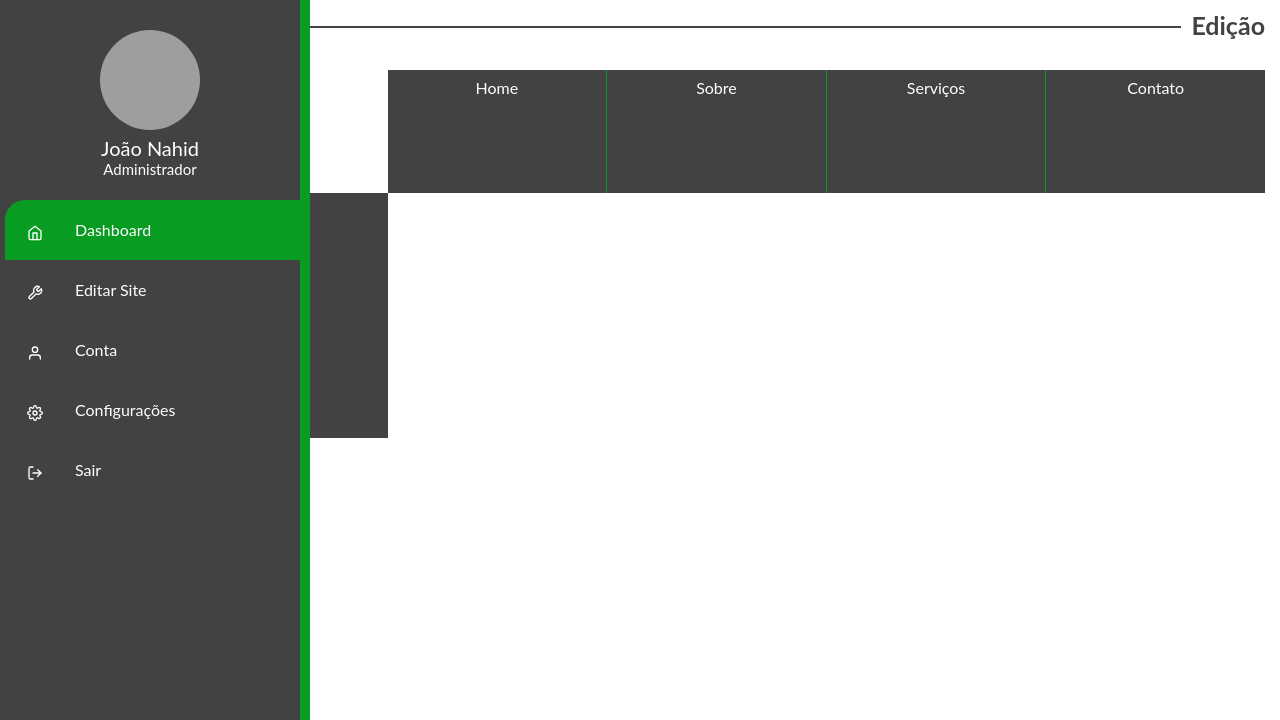
Repository: JoaoNahid/adminSystem
Page: /edicao (app in client/)
An editor plug-in stored every save of this project. The page is shown before and after the next save, followed by the edit.
The browser window is 1280 px wide. The pictures show the whole page.
Pictures or frames that could not be fetched are drawn as grey boxes. The page's requests for data from a server got no answer. The project was rebuilt for these pictures with package versions that can differ from the ones it lists, and the page was loaded fresh each time. No one was signed in, and anything a server would have sent is missing. Also part of the build but not shown: client/src/App.css, client/src/routes/login.js, client/src/routes/cadastro.js, client/src/routes/home.js, client/src/routes/404.js, client/src/routes/lote.js, client/src/routes/calculos.js.

Above is the page before, as saved 2022-05-10 19:57:14.

### client/src/App.js
import logo from './logo.svg';
import React, { useState, useEffect } from "react"
import './App.css';
import './css/style.css';
import './css/sidebar.css';


// Router
import { BrowserRouter as Router, Route, Routes } from 'react-router-dom';
// Telas
import Login from './routes/login.js'
import Cadastro from './routes/cadastro.js'
import Home from './routes/home.js'
import Error from './routes/404.js'
import Header from './routes/header.js'
import Lote from './routes/lote.js'
import Calculos from './routes/calculos.js'
import EdicaoPaginas from "./routes/edicaoPaginas"

export default function App() {

  return (
    <Router>
      <div>
        <Header />
        <Routes>
          <Route exact path="/login" element={<Login />} />
          <Route exact path="/cadastro" element={<Cadastro />} />
          <Route exact path="/" element={<Home />} />
          <Route exact path="/home" element={<Home />} />
          <Route exact path="/lote/:id" element={<Lote />} />
          <Route exact path="/calculos" element={<Calculos />} />
          <Route exact path="/edicao" element={<EdicaoPaginas />} />
          <Route path="*" element={<Error />} />
        </Routes>
      </div>
    </Router>
  )
}

### client/src/css/style.css
body{
  margin: 0;
  padding: 0;
  font-family: 'Lato', sans-serif;
}
*{
  margin: 0;
  padding: 0;
  font-family: 'Lato', sans-serif;
}
:root{
  --cor1: #099c22;
  --cor2: #424242;
}

@import url('https://fonts.googleapis.com/css2?family=Lato:ital,wght@0,100;0,300;0,400;0,700;0,900;1,100;1,300;1,400;1,700;1,900&display=swap');


.container{
  max-width: calc(100% - 80px);
  padding: 0 15px;
  margin: 0 auto 0 80px;
}
.nomePagina{
  padding: 8px 0;
  margin-bottom: 15px;
  background-color: #fff;
  display: flex;
  flex-direction: row;
  justify-content: space-between;
  align-items: center;
}

.tituloPagina{
  color: var(--cor2);
  font-size: 30px;
}
.mostrarEstatisticas{
  color: var(--cor2);
  font-size: 30px;
  cursor: pointer;
  transform: rotate(180deg);
}
.flexBox{
  display: flex;
}
.flexRow{
  flex-direction: row;
}
/* SIDEBAR */
.sidebar{
  position: fixed;
  top: 0;
  bottom: 0;
  height: auto;
  width: 70px;
  background-color: var(--cor2);
  box-shadow: 10px 0 0 var(--cor1);
  overflow: hidden;
  transition: 0.5s;
  z-index: 2;
}
.sidebar:hover{
  width: 300px;
}
.sidebar ul{
  position: absolute;
  top: 200px;
  left: 0;
  width: 100%;
  padding-left: 5px;
}
.sidebar ul li{
  position: relative;
  list-style: none;
  width: 100%;
  border-top-left-radius: 20px;
}
.sidebar ul li a{
  position: relative;
  display: flex;
  width: 100%;
  text-decoration: none;
  color: #fff;
}
.sidebar .iconeSidebar{
  position: relative;
  display: block;
  min-width: 60px;
  height: 60px;
  text-align: center;
  line-height: 70px;
}
.sidebar .iconeSidebar ion-icon{
  position: relative;
  font-size: 1.5rem;
  z-index: 1;
}
.sidebar .tituloSidebar{
  position: relative;
  display: block;
  padding-left: 10px;
  height: 60px;
  line-height: 60px;
  white-space: nowrap;
}
.sidebar .active{
  background: var(--cor1);
}
.perfilUsuario{
  position: relative;
  top: 30px;
  display: flex;
  flex-direction: column;
  justify-content: center;
  align-items: center;
}
.fotoUsuario{
  width: 50px;
  height: 50px;
  border-radius: 50%;
  background-size: cover !important;
  background-repeat: no-repeat !important;
  background-position: center !important;
  transition: 0.6s;
}
.sidebar:hover .fotoUsuario{
  width: 100px;
  height: 100px;
}
.sidebar:hover .nomeUsuario,
.sidebar:hover .funcaoUsuario{
  visibility: visible;
  opacity: 1;
  transition: visibility 0s, opacity 0s linear;
}
.nomeUsuario{
  color: #fff;
  font-size: 20px;
  margin-top: 6px;
  visibility: hidden;
  opacity: 0;
  transition: visibility 0s, opacity 0s linear;
}
.funcaoUsuario{
  color: #fff;
  font-size: 15px;
  visibility: hidden;
  opacity: 0;
  transition: visibility 0s, opacity 0s linear;
}
/* FIM SIDEBAR */

/* DASHBOARD */
.areaBlocosEstatisticas{
  display: grid;
  grid-template-columns: repeat(4, 1fr);
  justify-content: center;
  gap: 20px;
  flex-direction: row;
}
@media(max-width: 1064px){
  .areaBlocosEstatisticas{
    grid-template-columns: repeat(2, 1fr);
  }
}
@media(max-width: 651px){
  .areaBlocosEstatisticas{
    grid-template-columns: 1fr;
  }
}
.blocoEstatistica{
  width: auto;
  height: 150px;
  background: var(--cor2);
  color: #fff;
  border-bottom: 3px solid var(--cor1);
  border-top-left-radius: 20px;
  border-top-right-radius: 20px;
  display: flex;
  flex-direction: column;
  justify-content: space-between;
  align-items: center;
  padding: 8px 12px;
}
.tituloEstatistica{
  font-size: 25px;
  text-transform: capitalize;
}
.conteudoEstatistica{
  display: flex;
  flex-direction: row;
  align-items: center;
  justify-content: space-between;
  width: 100%;
  padding-bottom: 25px;
}
.iconeEstatistica{
  width: 85px;
  font-size: 50px;
  z-index: 0;
}
.dadosEstatistica{
  text-align: center;
  width: 100%;
  font-size: 60px;
  color: #fff;
}
.exibirMenu{
  margin-top: -1000px !important;
  transition: .3s;
}
.rotacionarBtn{
  transform: rotate(180deg);
  transition: .7s ease-in;
}
/* FIM DASHBOARD */

/* LOGIN */
#bgAreaLogin{
  background: rgb(9,156,34);
  background: linear-gradient(0deg, rgba(9,156,34,1) 0%, rgba(66,66,66,1) 100%);
  width: 100%;
  height: 100vh;
}
#areaLogin{
  position: absolute;
  top: 0;
  bottom: 0;
  right: 0;
  left: 0;
  margin: auto auto;
  width: 350px;
  height: 400px;
  box-shadow: rgba(0, 0, 0, 0.1) 0px 10px 15px -3px, rgba(0, 0, 0, 0.05) 0px 4px 6px -2px;
  background-color: #fff;
}
.formLogin{
  padding: 15px 45px ;
  display: flex;
  flex-direction: column;
  gap: 15px;
  align-items: center;
  justify-content: center;
  height: 100%;
}
#areaLogin input{
  /* border-top: 0 none;
  border-right: 0 none;
  border-left: 0 none;
  border-color: var(--cor1); */
  border: 0 none;
  background: #42424255;
  color: var(--cor2);
  border-radius: 20px;
  padding: 8px 12px;
  font-size: 15px;
  width: calc(100% - 24px);
}
#areaLogin input::placeholder{
  color: #fff;
}
#areaLogin input:focus{
  outline: none;
}
.btnLogar{
  width: 100% !important;
  background-color: var(--cor2) !important;
  transition: .3s;
  color: #fff !important;
}
.btnLogar:hover{
  background-color: var(--cor1) !important;
  color: #fff !important;
  cursor: pointer;
}
.esqueciASenha{
  font-size: 13px;
  color: var(--cor2);
  text-decoration: none;
}
.esqueciASenha:hover{
  color: inherit;
}

/* FIM LOGIN */


/* INPUTS */
input:focus{
  outline: 0;
}
.formEdicao input{
  border-top: 0 none;
  border-right: 0 none;
  border-left: 0 none;
  border-bottom: 2px solid var(--cor2);
  padding: 0 5px 2px;
  font-size: 15px;
  transition: 0.3s;
  width: 100%;
}
.formEdicao input:focus{
  border-color: var(--cor1);
}
/* FIM INPUTS */

#headerArea{
  height: 50px;
  width: 100%;
  color: #fff;
  text-align: right;
  padding: 10px 0;
}
#headerArea .tituloPagina{
  position: relative;
  height: 100%;
}
#headerArea h3{
  color: var(--cor2);
  background-color: #fff;
  position: absolute;
  width: min-content;
  right: 0;
  font-size: 25px;
  z-index: 10;
  padding-left: 10px;
}
#headerArea .tituloPagina::after{
  content: '';
  background-color: var(--cor2);
  height: 2px;
  width: 100%;
  position: absolute;
  left: 0;
  bottom: 32px;
  z-index: 1;
}

/* PAGINA DE ERRO */
#errorPage{
  width: 100%;
  text-align: center;
  padding-top: 50px;
}

.inputsConversao{
  border: 1px solid #aaa8a8;
  border-radius: 3px;
  width: 350px;
  padding: 8px 10px;
  margin-bottom: 10px;
}
.tituloInput{
  margin-bottom: 3px;
}
#gridLotes{
  display: grid;
  grid-template-columns: repeat(4, 1fr);
  gap: 8px;
}
.boxLote{
  padding: 5px;
  text-align: left;

  color: #fff;
}
.loteFechado{
  background-color: rgb(230, 91, 109);
}
.loteAberto{
  background-color: rgb(36, 133, 189);
}
.boxConversao{
  flex-direction: row;
  justify-content: space-between;
  gap: 10px;
}
.flexChild100{
  width: 100%;
  padding: 15px;
}

.areaEdicaoSite {
  display: grid;
  grid-template-columns: repeat(4, 1fr);
  grid-template-rows: 1fr 1fr 1fr;
  gap: 0px 0px;
  grid-auto-flow: row;
  grid-template-areas:
    ". menuPaginasEdicao menuPaginasEdicao menuPaginasEdicao"
    "menuItensEdicao formEdicao formEdicao formEdicao"
    "menuItensEdicao formEdicao formEdicao formEdicao";
}

.menuPaginasEdicao {
  grid-area: menuPaginasEdicao;
  background-color: var(--cor1);
  display: flex;
  flex-direction: row;
  gap: 1px;
  justify-content: center;
}
.menuPaginasEdicao div{
  width: 100%;
  background-color: var(--cor2);
  padding: 8px 0;
  text-align: center;
  color: #fff;
  cursor: pointer;
}
.menuPaginasEdicao div:hover{
  background-color: var(--cor1);
  color: var(--cor2);
}

.formEdicao {
  grid-area: formEdicao;
}

.menuItensEdicao {
  grid-area: menuItensEdicao;
  display: flex;
  flex-direction: column;
  background-color: var(--cor1);
}
.menuItensEdicao div{
  width: 100%;
  background-color: var(--cor2);
  padding: 8px 0;
  text-align: center;
  color: #fff;
  cursor: pointer;
}

### client/src/css/sidebar.css
/* SIDEBAR */
.sidebar{
  position: fixed;
  top: 0;
  bottom: 0;
  height: auto;
  width: 70px;
  background-color: var(--cor2);
  box-shadow: 10px 0 0 var(--cor1);
  overflow: hidden;
  transition: 0.5s;
  z-index: 2;
}
.sidebar:hover{
  width: 300px;
}
.sidebar ul{
  position: absolute;
  top: 200px;
  left: 0;
  width: 100%;
  padding-left: 5px;
}
.sidebar ul li{
  position: relative;
  list-style: none;
  width: 100%;
  border-top-left-radius: 20px;
}
.sidebar ul li a{
  position: relative;
  display: flex;
  width: 100%;
  text-decoration: none;
  color: #fff;
}
.sidebar .iconeSidebar{
  position: relative;
  display: block;
  min-width: 60px;
  height: 60px;
  text-align: center;
  line-height: 70px;
}
.sidebar .iconeSidebar ion-icon{
  position: relative;
  font-size: 1.5rem;
  z-index: 1;
}
.sidebar .tituloSidebar{
  position: relative;
  display: block;
  padding-left: 10px;
  height: 60px;
  line-height: 60px;
  white-space: nowrap;
}
.sidebar .active{
  background: var(--cor1);
}
.perfilUsuario{
  position: relative;
  top: 30px;
  display: flex;
  flex-direction: column;
  justify-content: center;
  align-items: center;
}
.fotoUsuario{
  width: 50px;
  height: 50px;
  border-radius: 50%;
  background-size: cover !important;
  background-repeat: no-repeat !important;
  background-position: center !important;
  transition: 0.6s;
}
.sidebar:hover .fotoUsuario{
  width: 100px;
  height: 100px;
}
.sidebar:hover .nomeUsuario,
.sidebar:hover .funcaoUsuario{
  visibility: visible;
  opacity: 1;
  transition: visibility 0s, opacity 0s linear;
}
.nomeUsuario{
  color: #fff;
  font-size: 20px;
  margin-top: 6px;
  visibility: hidden;
  opacity: 0;
  transition: visibility 0s, opacity 0s linear;
}
.funcaoUsuario{
  color: #fff;
  font-size: 15px;
  visibility: hidden;
  opacity: 0;
  transition: visibility 0s, opacity 0s linear;
}
/* FIM SIDEBAR */

### client/src/routes/header.js
import React, { useEffect, useState } from "react"

export default function Header() {

    const [pagina, setPagina] = useState()
    useEffect(() => {
        var link = window.location.href
        link = link.split('/')
        link = link[3]

        setTituloPagina(link)
    })

    function setTituloPagina(link){
        if (link === 'edicao') {
            setPagina('Edição')
        } else if(link === 'home'){
            setPagina('Home')
        } else if(link === 'contato'){
            setPagina('Contato')
        }
    }

    return(
        <div className="container">
            <div id="headerArea">
                <div className="tituloPagina">
                    <h3>{pagina}</h3>
                </div>
            </div>
        </div>
    )
}

### client/src/routes/edicaoPaginas.js
import React, { Component, useState, useEffect } from "react"
import Axios from "axios"
import Sidebar from '../components/sidebar.js'
import { VerificaLogin } from '../components/verificaLogin.js'
import MenuPaginas from '../components/menuPaginasEdicao'
import MenuItens from '../components/menuItensEdicao'

export default function EdicaoPaginas(){
    VerificaLogin();




    return(

        <div>
            <Sidebar />
            <div className="container">
                <div className="areaEdicaoSite">
                    <MenuPaginas />
                    <div class="formEdicao">

                    </div>
                    <MenuItens />
                </div>
            </div>
        </div>
    )
}

### client/src/components/sidebar.js
import React, { Component } from "react"
import { FiLogOut, FiUser, FiGrid, FiHome, FiSettings, FiTool } from "react-icons/fi"

export default class Sidebar extends Component {

    constructor(){
        super()
        this.state = {

        }
    }

    componentDidMount(){

        const listaSidebar = document.querySelectorAll('.lista');
        function menuAtivo() {
            listaSidebar.forEach((item) =>
                item.classList.remove('active'))
            var menu = this.id
            localStorage.setItem('active', menu)
        }
        listaSidebar.forEach((item) =>
            item.addEventListener('click', menuAtivo));

        document.getElementsByClassName('fotoUsuario')[0].style.background = "url(img/nahid.jpg)"

    }

    logout = (e) => {
        localStorage.removeItem('id');
        localStorage.removeItem('token');
        window.location.href="/login"
    }



    render(){
        return(
            <div className="sidebar">
                <div className="perfilUsuario">
                    <div className="fotoUsuario"></div>
                    <span className="nomeUsuario">João Nahid</span>
                    <span className="funcaoUsuario">Administrador</span>
                </div>
                <ul>
                    <li id='menu-1' className="lista active">
                        <a href="/home">
                            <span className="iconeSidebar">
                                <FiHome />
                            </span>
                            <span className="tituloSidebar">Dashboard</span>
                        </a>
                    </li>

                    <li id='menu-2' className="lista">
                        <a href="/edicao">
                            <span className="iconeSidebar">
                                <FiTool />
                            </span>
                            <span className="tituloSidebar">Editar Site</span>
                        </a>
                    </li>

                    <li id='menu-3' className="lista">
                        <a href="#">
                            <span className="iconeSidebar">
                                <FiUser />
                            </span>
                            <span className="tituloSidebar">Conta</span>
                        </a>
                    </li>

                    <li id='menu-4' className="lista">
                        <a href="#">
                            <span className="iconeSidebar">
                                <FiSettings />
                            </span>
                            <span className="tituloSidebar">Configurações</span>
                        </a>
                    </li>

                    <li id='menu-5' className="lista" onClick={(e) => this.logout()}>
                        <a href="#">
                            <span className="iconeSidebar">
                                <FiLogOut />
                            </span>
                            <span className="tituloSidebar">Sair</span>
                        </a>
                    </li>
                </ul>
            </div>

        )
    }
}

### client/src/components/verificaLogin.js
import { useEffect } from "react"
import Axios from "axios"

export function VerificaLogin(){

    useEffect(() => {

        var id = localStorage.getItem('id')
        var token = localStorage.getItem('token')

        getUser(id, token)
    })

    function getUser(id, token){
        Axios.get('http://localhost:3001/conexoesUsuarios',{
            params: {
                id: id,
                token: token
            }
        }).then((response) => {
            var dadosDoServidor = response.data
            if(dadosDoServidor.length === 0){
                localStorage.removeItem('id')
                localStorage.removeItem('token')
                window.location.href = "/login"
            }
        })
    }
}

### client/src/components/menuPaginasEdicao.js
import React, { Component} from "react"

export default class MenuPaginas extends Component{

        render(){
            return(
                <div className="menuPaginasEdicao">
                    <div className="paginaEdicao">Home</div>
                    <div className="paginaEdicao">Sobre</div>
                    <div className="paginaEdicao">Serviços</div>
                    <div className="paginaEdicao">Contato</div>
                </div>
            )
        }
}

### client/src/components/menuItensEdicao.js
import React, { Component } from "react"

export default class MenuItens extends Component{

    render() {
        return(
            <div class="menuItensEdicao">
                <div className="itemEdicao">Slider</div>
                <div className="itemEdicao">Ícones</div>
                <div className="itemEdicao">Quem Somos</div>
                <div className="itemEdicao">Missão e valores</div>
                <div className="itemEdicao">Depoimentos</div>
                <div className="itemEdicao">Parceiros</div>
                <div className="itemEdicao">Contato</div>
            </div>
        )
    }
}

Loaded but not shown: client/public/index.html (common file); client/src/index.js (common file); client/src/index.css (common file); client/src/reportWebVitals.js (common file)

After the next save:
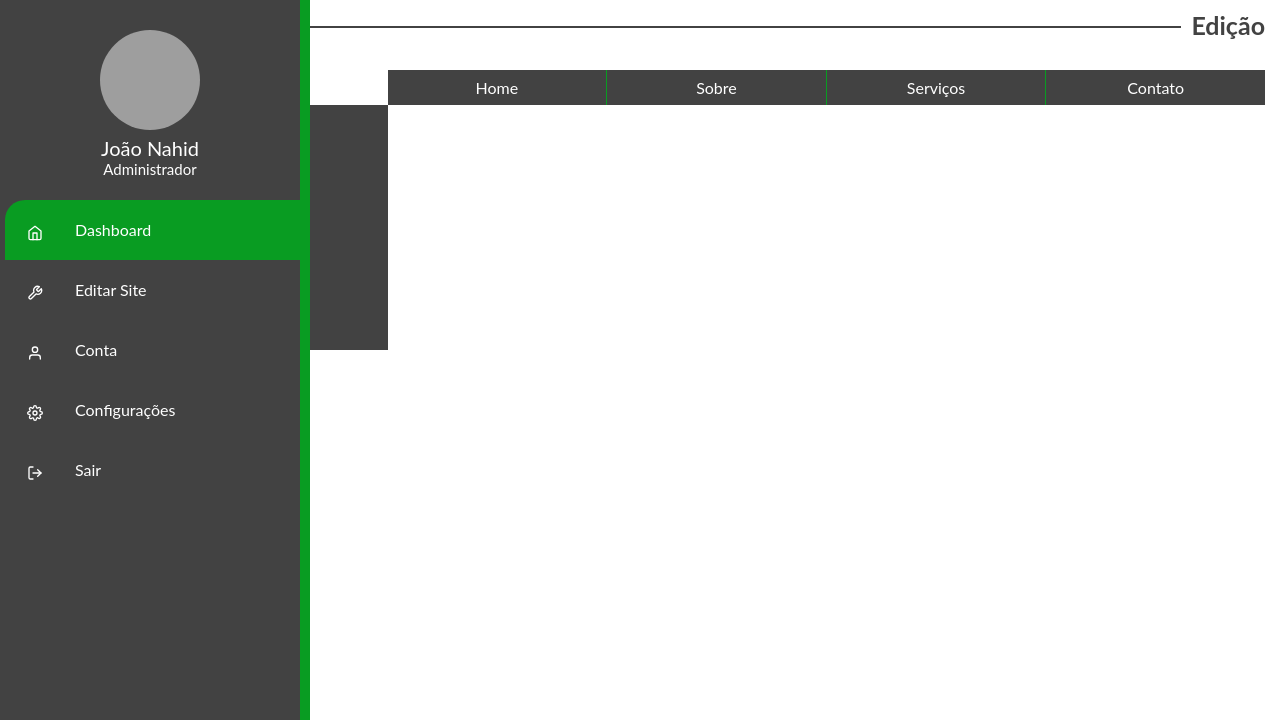
Saved 7 s later.
--- a/client/src/css/style.css
+++ b/client/src/css/style.css
@@ -384,7 +384,6 @@ input:focus{
 .areaEdicaoSite {
   display: grid;
   grid-template-columns: repeat(4, 1fr);
-  grid-template-rows: 1fr 1fr 1fr;
   gap: 0px 0px;
   grid-auto-flow: row;
   grid-template-areas:
